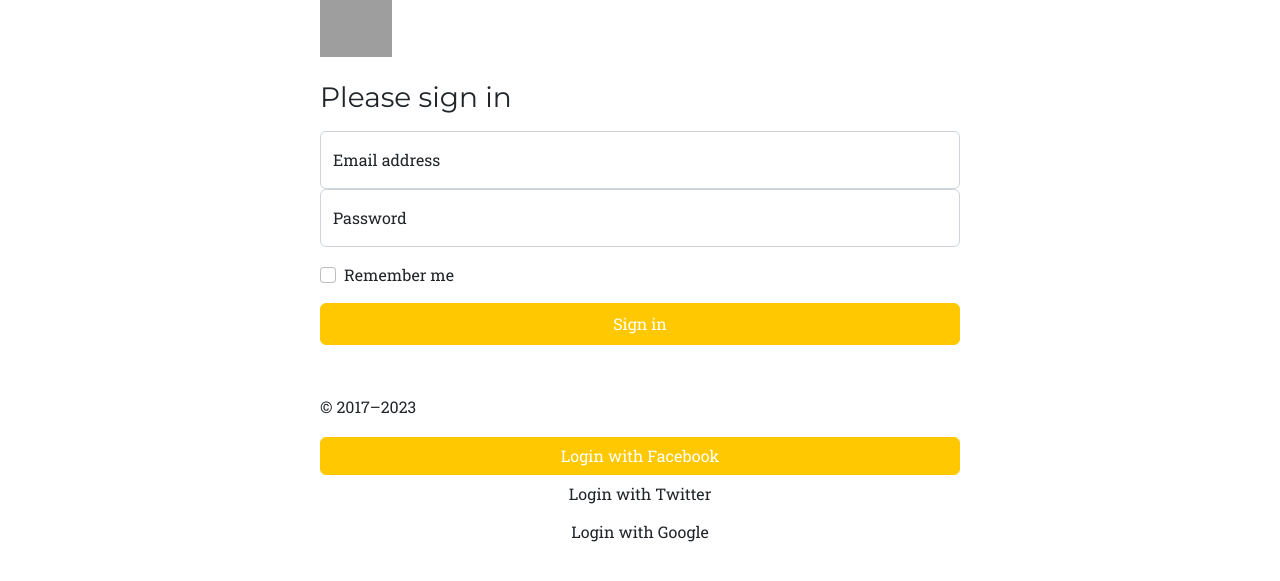
Repository: aquilesascar/TCC_1
Page: Tela Inicial/html/loginteste.html
An editor plug-in stored every save of this project. The page is shown before and after a run of saves, followed by the edit.
The browser window is 1280 px wide. The pictures show the whole page.
Pictures or frames that could not be fetched are drawn as grey boxes. Some icons come from a web library that is not loaded, so they are not drawn. Some web libraries are served in a nearby version.

Above is the page before, as saved 2023-07-10 13:49:19.

After the next 2 saves:
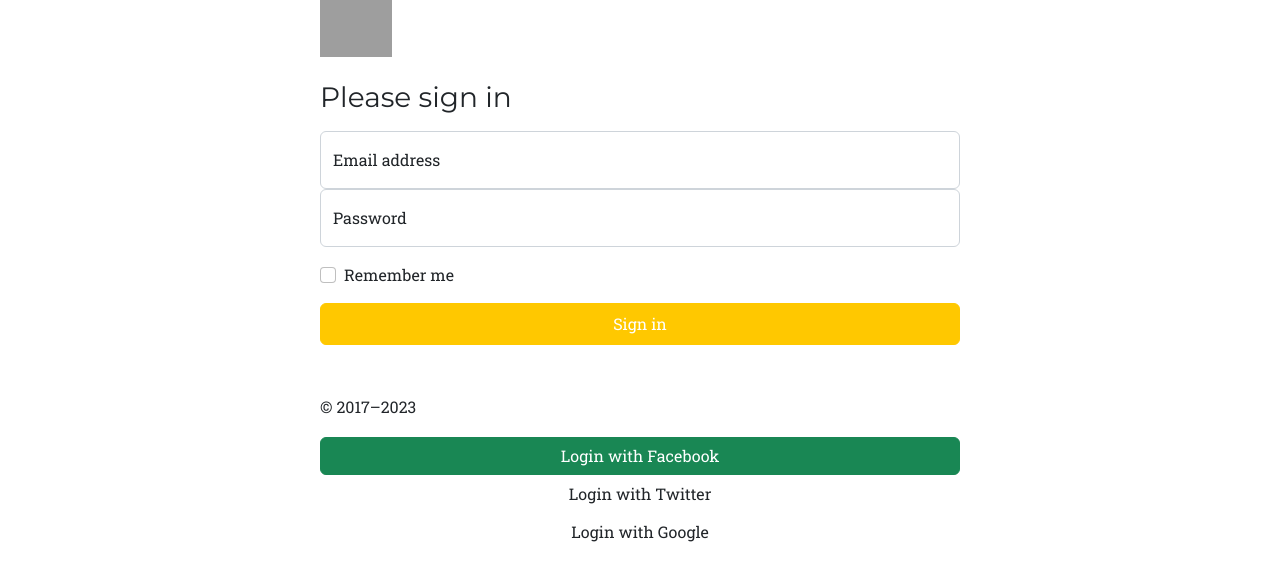
The 2 saves are shown as one change because they came seconds apart.
The last was saved 19 s later.
--- a/Tela Inicial/html/loginteste.html
+++ b/Tela Inicial/html/loginteste.html
@@ -50,7 +50,7 @@
         </form>
 
         <div class="social-login">
-            <a href="#" class="facebook btn btn-primary d-flex justify-content-center align-items-center">
+            <a href="#" class="facebook btn btn-success d-flex justify-content-center align-items-center">
               <span class="icon-facebook mr-3"></span> Login with Facebook
             </a>
             <a href="#" class="twitter btn d-flex justify-content-center align-items-center">
